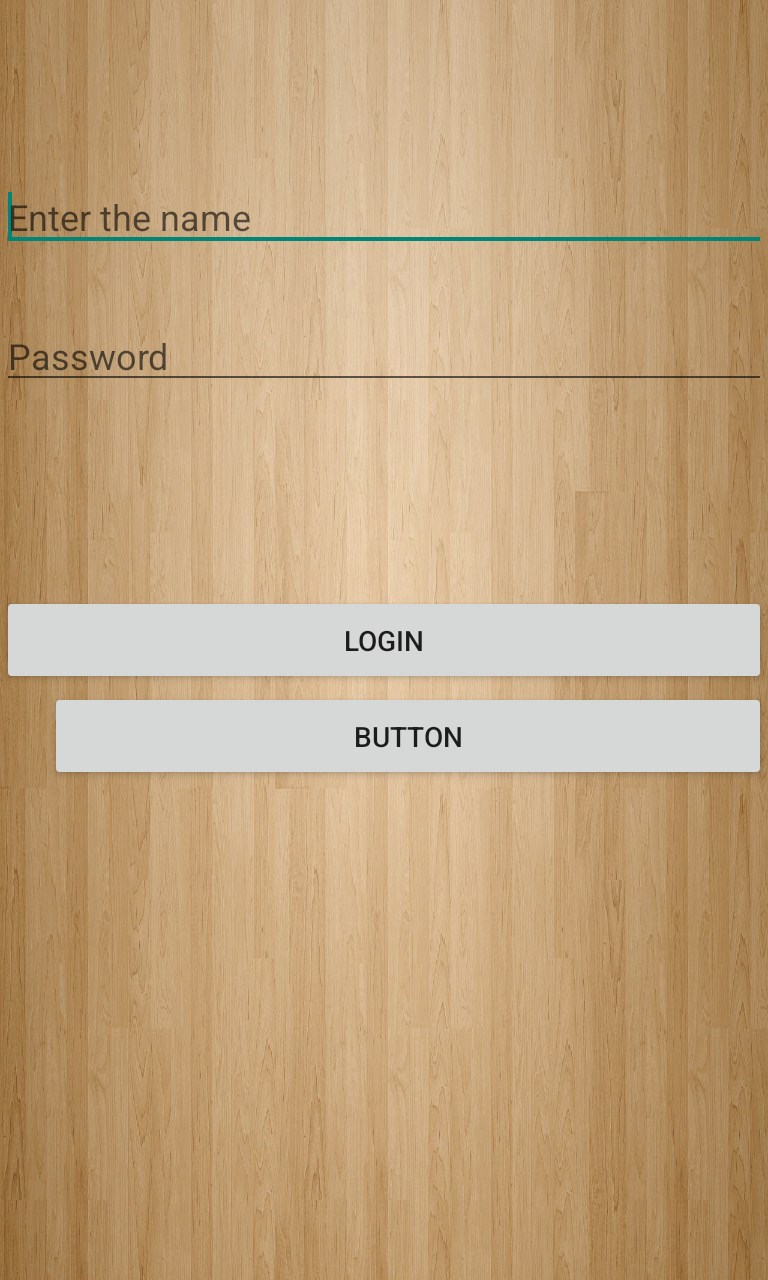
Repository: vipinvkamara/SampleProgram
Layout: SharedPreferance/res/layout/activity_main.xml
These files come from the project's save history. The layout is drawn as it stood at one moment and after the next save; the edit follows.
It is drawn on a 768 x 1280 px phone screen (xhdpi) without system bars, with theme AppTheme; the app's code is not run.

Above is the layout before, as saved 2015-01-02 08:20:56.

After the next save:
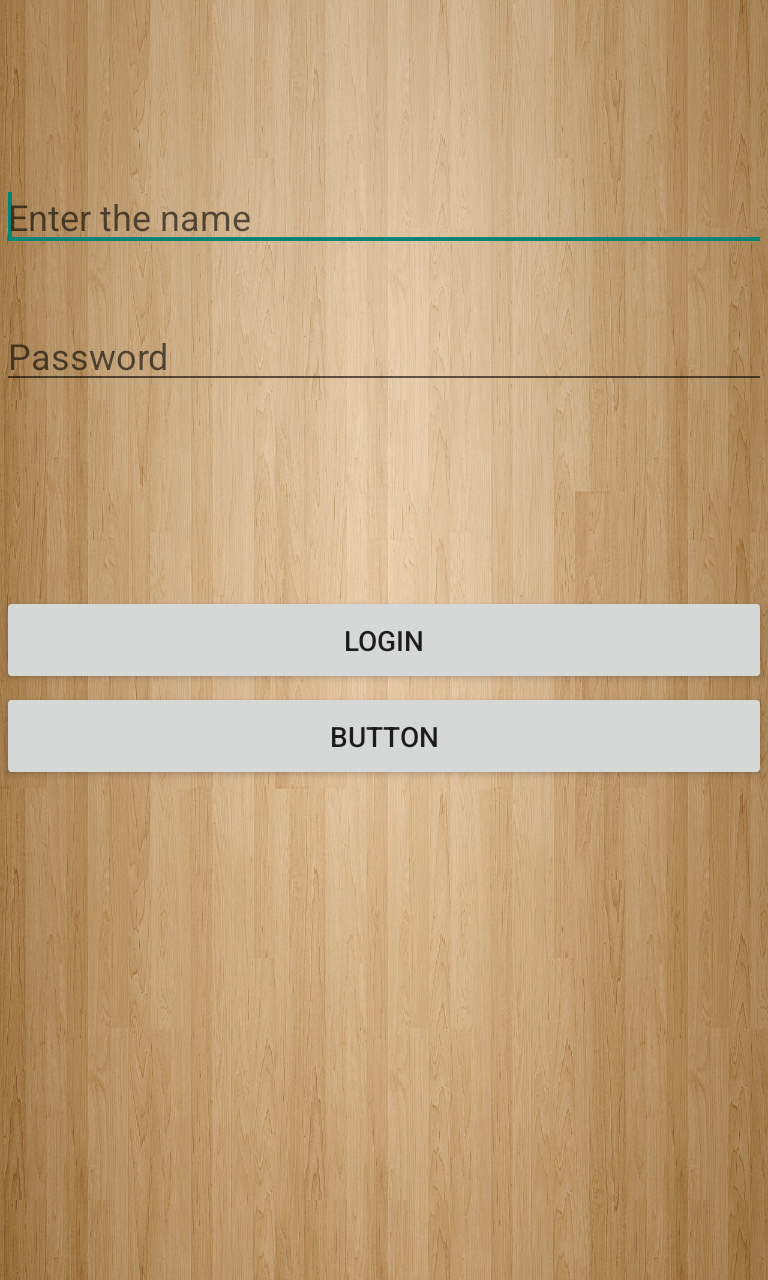
Saved 3 min 29 s later.
--- a/SharedPreferance/res/layout/activity_main.xml
+++ b/SharedPreferance/res/layout/activity_main.xml
@@ -45,7 +45,6 @@
         android:onClick="onRegister"
         android:layout_alignParentLeft="true"
         android:layout_below="@+id/button1"
-        android:layout_marginLeft="24dp"
         android:text="Button" />
 
 </RelativeLayout>
